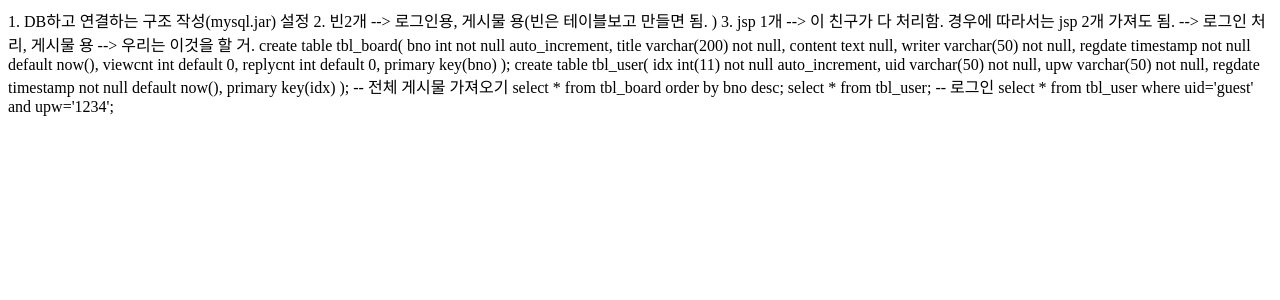
Repository: yejin-yun/server_script_game
Page: http://localhost/model1/
An editor plug-in stored every save of this project. The page is shown before and after the next save, followed by the edit.
The browser window is 1280 px wide. The pictures show the whole page.
The page is served by Tomcat 9.

Above is the page before, as saved 2020-02-13 16:26:49.

After the next save:
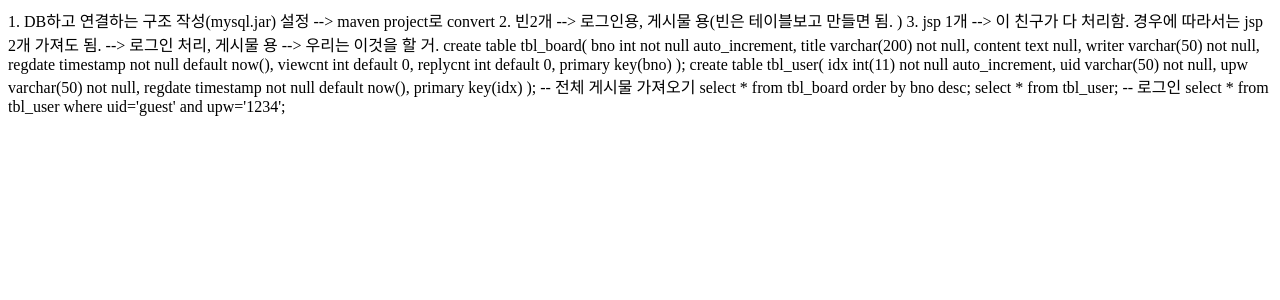
Saved 25 s later.
--- a/Servlet_JSP/model1/WebContent/index.jsp
+++ b/Servlet_JSP/model1/WebContent/index.jsp
@@ -1,7 +1,7 @@
 <%@ page language="java" contentType="text/html; charset=UTF-8"
     pageEncoding="UTF-8"%>
 <!-- 해야할 것 -->
-1. DB하고 연결하는 구조 작성(mysql.jar) 설정
+1. DB하고 연결하는 구조 작성(mysql.jar) 설정 --> maven project로 convert
 2. 빈2개 --> 로그인용, 게시물 용(빈은 테이블보고 만들면 됨. )
 3. jsp 1개 --> 이 친구가 다 처리함.
 경우에 따라서는 jsp 2개 가져도 됨. --> 로그인 처리, 게시물 용 --> 우리는 이것을 할 거.
